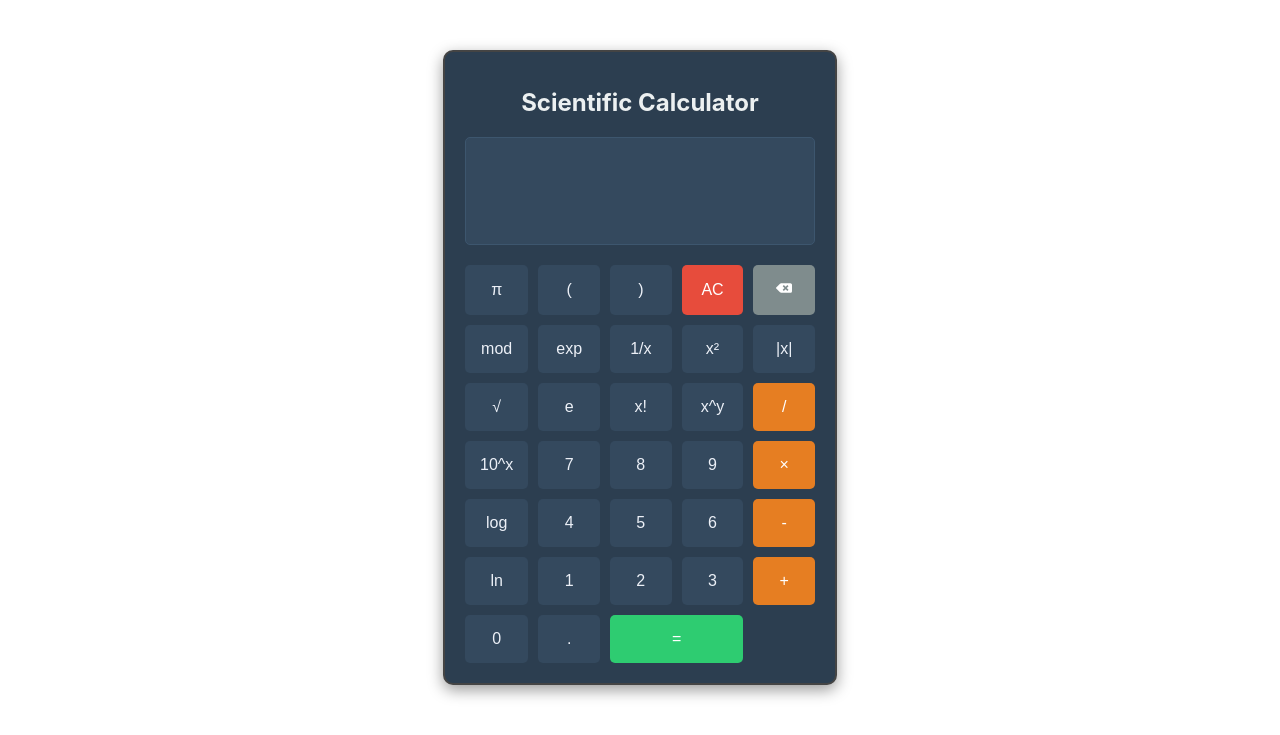
Repository: thesaherriaz/Calculator-React
Page: /
An editor plug-in stored every save of this project. The page is shown before and after a run of saves, followed by the edit.
The browser window is 1280 px wide. The pictures show the whole page.
The project was rebuilt for these pictures with package versions that can differ from the ones it lists, and the page was loaded fresh each time.

Above is the page before, as saved 2025-06-20 12:51:26.

After the next 6 saves:
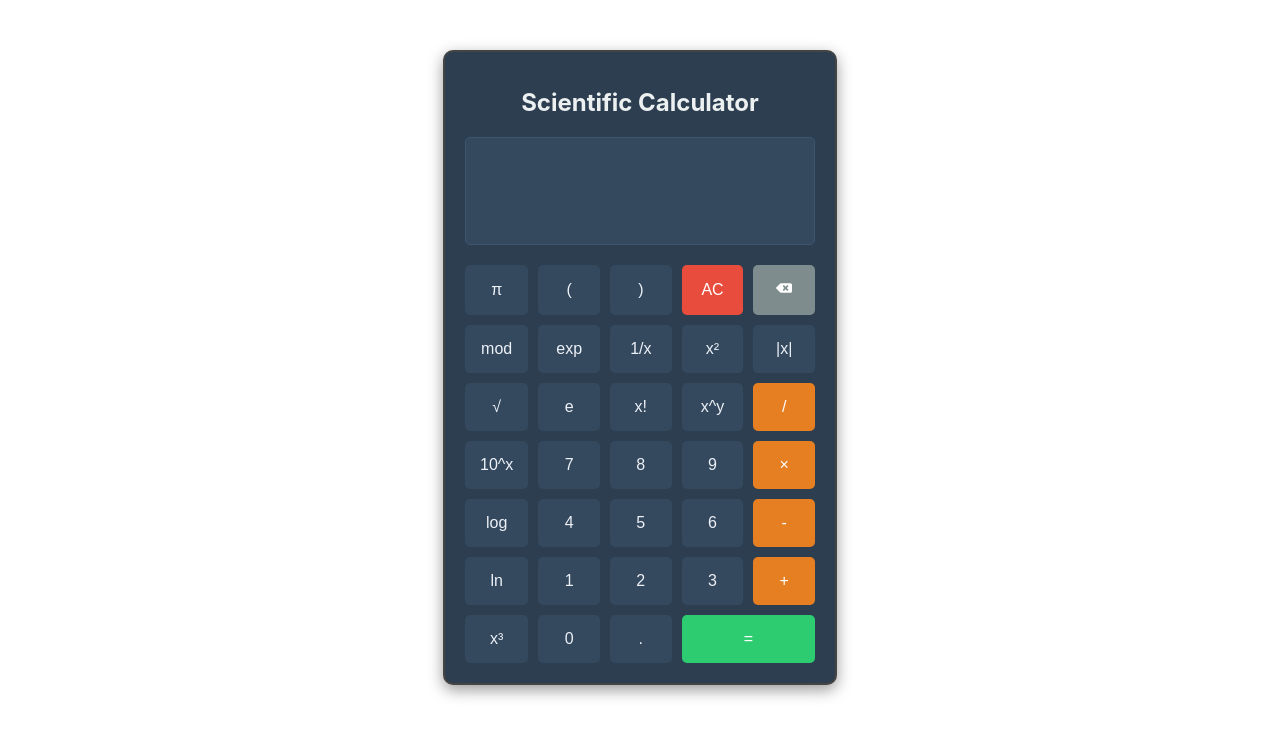
The 6 saves are shown as one change because they came seconds apart.
The last was saved 43 s later.
--- a/src/compnents/Calculator.jsx
+++ b/src/compnents/Calculator.jsx
@@ -102,7 +102,7 @@ function Calculator() {
                 <button onClick={() => handleClick('2')}>2</button>
                 <button onClick={() => handleClick('3')}>3</button>
                 <button className="operator" onClick={() => handleClick('+')}>+</button>
-
+                <button onClick={() => handleClick('x³')}>x³</button>
                 <button onClick={() => handleClick('0')}>0</button>
                 <button onClick={() => handleClick('.')}>.</button>
                 <button className="equals" onClick={() => handleClick('=')}>=</button>
